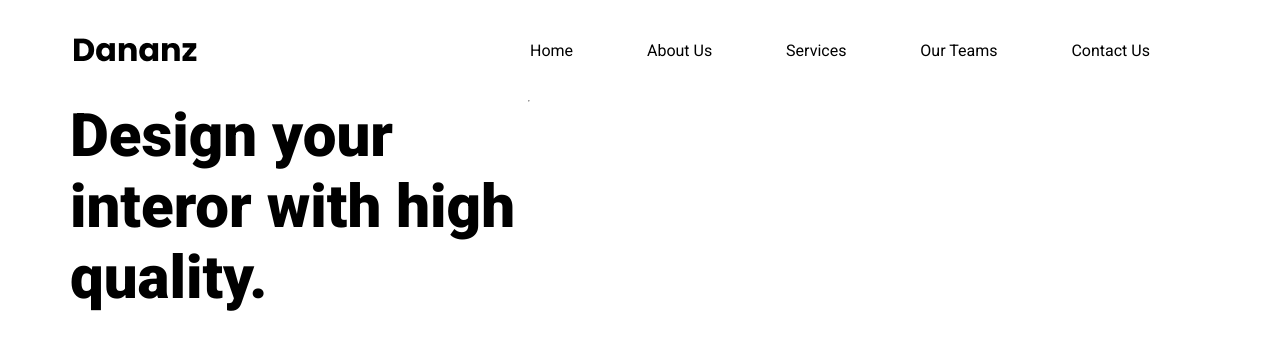
Repository: AsadKasimov/disain
Page: index.html
An editor plug-in stored every save of this project. The page is shown before and after the next save, followed by the edit.
The browser window is 1280 px wide. The pictures show the whole page.

Above is the page before, as saved 2023-04-20 01:13:25.

After the next save:
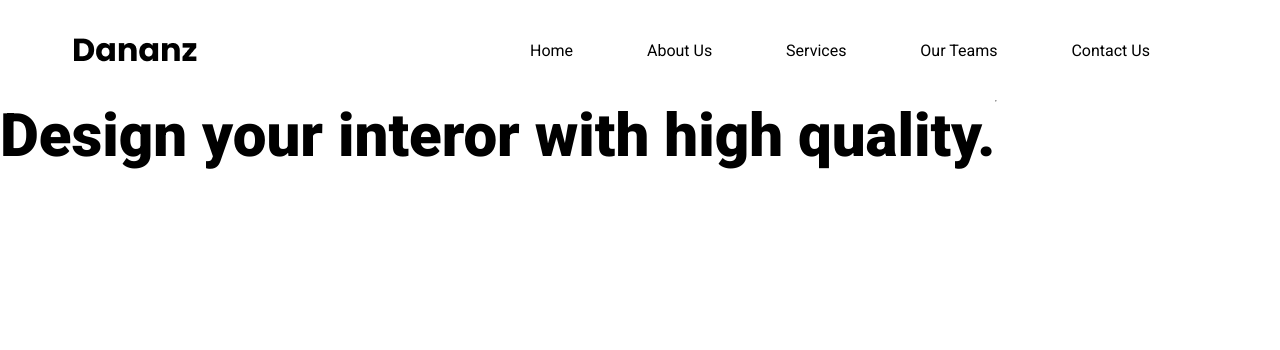
Saved 17 s later.
--- a/style.css
+++ b/style.css
@@ -117,8 +117,7 @@
 .menu{
   display: flex;
   justify-content: flex-start;
-  padding: 0 70px;
-  width: 600px;
+  padding: 0 0px;
 }
 
 .text-menu{

After the save that followed:
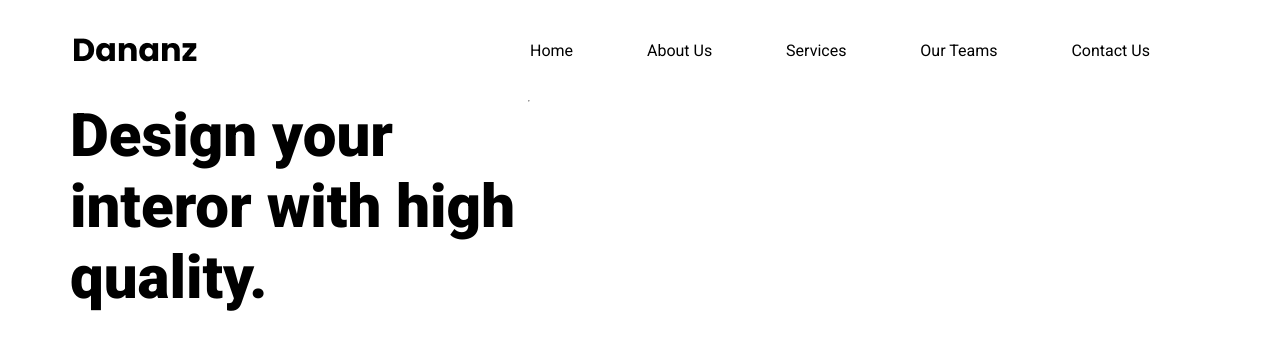
Saved 10 s later.
--- a/style.css
+++ b/style.css
@@ -117,7 +117,8 @@
 .menu{
   display: flex;
   justify-content: flex-start;
-  padding: 0 0px;
+  padding: 0 70px;
+  width: 600px;
 }
 
 .text-menu{
